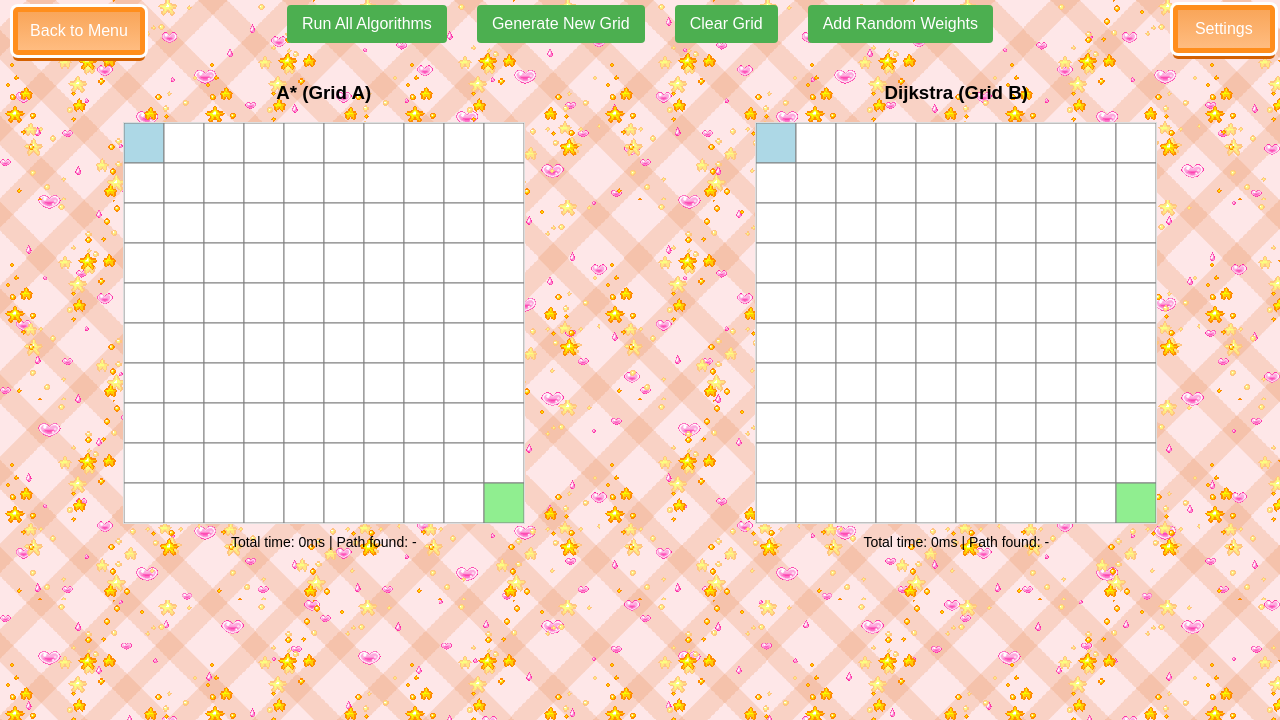
Repository: ramosfranz/Hamster-Crossing
Page: game.html
The author's editor kept a copy of each file at every save. The page is drawn from the files as they stood at one save, then again after the next save.
The browser window is 1280 px wide. The pictures show the whole page.
Some web fonts or font styles are not loaded; a fallback is used.

Above is the page before, as saved 2025-05-04 23:02:22.

### game.html
<!DOCTYPE html>
<html lang="en">
<head>
    <meta charset="UTF-8">
    <meta name="viewport" content="width=device-width, initial-scale=1.0">
    <link rel="preconnect" href="https://fonts.googleapis.com">
    <link rel="preconnect" href="https://fonts.gstatic.com" crossorigin>
    <link href="https://fonts.googleapis.com/css2?family=Jersey+10+Charted&family=Jersey+20&family=Jersey+25+Charted&display=swap" rel="stylesheet">
    <title>Hamster Crossing</title>
    <link rel="icon" type="image/x-icon" href="assets/images/favicon.ico">
    <link rel="stylesheet" href="styles.css">
</head>
<body>
    <div class="header-buttons">
        <a class="pixelButton" id="backButton" href="menu.html">Back to Menu</a>
        <button class="pixelButton" id="settingsButton">Settings</button>
    </div>

    <!-- Settings Popup -->
    <div id="settingsPopup" class="popup">
        <div class="popup-content">
            <span class="close-popup">&times;</span>
            <h3>Settings</h3>

            <div class="setting-item">
                <label for="volumeSlider">Adjust Volume:</label>
                <input type="range" id="volumeSlider" min="0" max="100" value="50">
            </div>

            <div class="setting-item">
                <label for="hamsterDropdown">Change Hamster:</label>
                <select id="hamsterDropdown">
                    <option value="hamster1">Default Hamster</option>
                    <option value="hamster2">Speedy Hamster</option>
                    <option value="hamster3">Colorful Hamster</option>
                </select>
            </div>

            <div class="setting-item">
                <label>Number of Grids: <span class="grid-count-value">2</span></label>
                <div class="grid-count-container">
                    <input type="range" id="gridCount" min="1" max="5" value="2">
                </div>
            </div>

            <div id="gridSettings">
                <!-- Grid settings will be added here dynamically -->
            </div>

            <button id="applySettings">Apply Settings</button>
        </div>
    </div>
    <div id="controls">
        <button id="runButton">Run All Algorithms</button>
        <button id="generateButton">Generate New Grid</button>
        <button id="clearButton">Clear Grid</button>
        <button id="addWeightsButton">Add Random Weights</button>
    </div>

    <button id="stopButton">Stop and Clear Searching</button>

    <div id="grids-container">
        <!-- Grids will be added here dynamically -->
    </div>

    <!--<script src="pathfind.js" type="module"></script>
    <script src="settingsPopUp.js"  type="module"></script>
    <script src="algorithms.js"  type="module"></script> -->
    <script type="module" src="js/app.js"></script>
</body>
</html>

### styles.css
html, body {
    font-family: "Jersey 20", sans-serif;
    margin: 0;
    padding: 0;
    height: 100%;
    scroll-behavior: smooth;
    background-image:url(assets/images/backgrounds/starbg.gif), url(assets/images/backgrounds/heartbg.gif), url(assets/images/backgrounds/bg_hamu.png);
    background-size: auto, auto, 20%;
    background-repeat: auto, auto, space;
    image-rendering: pixelated;
}

.home {
    display: flex;
    flex-direction: column;
    justify-content: center;
    align-items: center;
    height: 100%;
    text-align: center;
}

#logo {
    width: 40%;
    max-height: 100%;
    margin-bottom: 0.5%;
    image-rendering: pixelated;
}

.pixelButton {
    padding: 10px 5%;
    margin-bottom: 3%;
    font-size: 1.5rem;
    color: #fff;
    border: 5px solid #ff8e1c;
    border-radius: 4px;
    background: linear-gradient(to bottom, #f9a65a, #ffbc80);
    box-shadow:
        0 0 0 3px #fff,
        0 6px #d36102;
    cursor: pointer;
    text-align: center;
    font-family: "Jersey 20", sans-serif;
    width: 100%;
    transition: transform 0.1s ease, box-shadow 0.1s ease;
    image-rendering: pixelated;
}

.pixelButton:hover {
    background: linear-gradient(to bottom, #ffa9b8, #ff605f);
    border-color: #ff1a14;
}

.pixelButton:active {
    transform: translateY(4px);
    box-shadow: 0 0 #000;
}


.menu {
    margin-bottom: 20px;
}
button {
    padding: 10px 20px;
    font-size: 16px;
    margin: 5px;
    cursor: pointer;
}

#controls {
    display: flex;
    justify-content: center;
    gap: 20px;
    flex-wrap: wrap;
}
#grids-container {
    display: flex;
    flex-wrap: wrap;
    justify-content: center;
    gap: 20px;
}
.canvas-container {
    display: flex;
    flex-direction: column;
    align-items: center;
    position: relative;
}
.timer {
    margin-top: 10px;
    font-size: 14px;
    text-align: center;
}
#warning {
    color: red;
    font-weight: bold;
    margin: 10px 0;
    text-align: center;
}
#stopButton {
    display: none;
    padding: 10px;
    background-color: red;
    color: white;
    border: none;
    cursor: pointer;
    border-radius: 5px;
    margin: 0 auto;
}
#backButton {
    width: 8%;
    position: fixed;
    left: 1%;
    top: 1%;
    padding: 10px;
    cursor: pointer;
    text-decoration: none;
    font-size: 16px;
    border-radius: 5px;
}

#settingsButton {
    position: fixed;
    width: 8%;
    right: -0%;
    padding: 10px;
    border-radius: 5px;
    cursor: pointer;
    font-size: 16px;
}

button {
    padding: 10px 15px;
    background-color: #4CAF50;
    color: white;
    border: none;
    border-radius: 4px;
    cursor: pointer;
    font-size: 16px;
}
button:hover {
    background-color: #45a049;
}
button:disabled {
    background-color: #cccccc;
    cursor: not-allowed;
}
.weight {
    position: absolute;
    font-size: 10px;
    font-weight: bold;
    color: black;
    pointer-events: none;
}

.header-buttons {
    display: flex;
    justify-content: space-between;
}


.popup {
    display: none;
    position: fixed;
    top: 0;
    left: 0;
    width: 100%;
    height: 100%;
    background-color: rgba(0,0,0,0.5);
    z-index: 1000;
}

.popup-content {
    background-color: white;
    margin: 10% auto;
    padding: 20px;
    width: 50%;
    max-width: 500px;
    border-radius: 8px;
    position: relative;
}

.close-popup {
    position: absolute;
    top: 10px;
    right: 20px;
    font-size: 24px;
    cursor: pointer;
}

.setting-item {
    margin: 15px 0;
}

.setting-item label {
    display: block;
    margin-bottom: 5px;
    font-weight: bold;
}

.setting-item input[type="range"],
.setting-item select,
.setting-item input[type="number"] {
    width: 100%;
    padding: 8px;
    border: 1px solid #ddd;
    border-radius: 4px;
}

#applySettings {
    margin-top: 20px;
    padding: 10px 15px;
    background-color: #4CAF50;
    color: white;
    border: none;
    border-radius: 4px;
    cursor: pointer;
    width: 100%;
}

#applySettings:hover {
    background-color: #45a049;
}

.grid-algorithm-select {
    margin-top: 10px;
}


.popup-content {
    width: 90%;
    max-width: 400px;
    margin: 5% auto;
    padding: 15px;
}

#gridCount {
    width: 100%;
    margin-top: 5px;
}

.grid-count-container {
    display: flex;
    align-items: center;
    gap: 10px;
}

.grid-count-value {
    font-weight: bold;
}

#grids-container {
    display: grid;
    grid-template-columns: repeat(auto-fit, minmax(200px, 1fr));
    gap: 15px;
    padding: 15px;
    width: 100%;
    box-sizing: border-box;
    justify-content: center;
}

/* Grid selection layout */
.grid-selection-row {
    display: flex;
    gap: 15px;
    margin-bottom: 15px;
}

.grid-selection-item {
    flex: 1;
    min-width: 120px;
}

.grid-selection-item.disabled {
    opacity: 0.6;
    pointer-events: none;
}

.grid-selection-item label {
    display: block;
    margin-bottom: 5px;
    color: #333;
}

.grid-selection-item select {
    width: 100%;
    padding: 6px;
    border: 1px solid #ddd;
    border-radius: 4px;
    background: white;
}

.grid-selection-item.disabled select {
    background: #f5f5f5;
}

.canvas-container {
    position: relative;
    width: 100%;
    max-width: 400px;
    margin: 0 auto;
}


.canvas-container canvas {
    width: 100%;
    height: auto;
    aspect-ratio: 1;
    border: 1px solid #ddd;
}

@media (max-width: 600px) {
    #grids-container {
        grid-template-columns: 1fr;
    }

    .popup-content {
        width: 90%;
        margin: 20px auto;
    }
}

@media (min-width: 601px) and (max-width: 1200px) {
    #grids-container {
        grid-template-columns: repeat(auto-fit, minmax(250px, 1fr));
    }
}

/* Modify existing grid count input */
#gridCount[type="range"] {
    -webkit-appearance: none;
    width: 100%;
    height: 8px;
    background: #ddd;
    border-radius: 4px;
}

#gridCount[type="range"]::-webkit-slider-thumb {
    -webkit-appearance: none;
    width: 20px;
    height: 20px;
    background: #4CAF50;
    border-radius: 50%;
    cursor: pointer;
}

### js/app.js
import { initializeGrid } from './gridManager.js';
import { setupEventListeners, renderGrids } from './domManager.js';

export function init() {
    setupEventListeners();
    renderGrids();
    initializeGrid();
}

document.addEventListener('DOMContentLoaded', init);

### js/gridManager.js
import { drawGrid } from './visualizer.js';

export const rows = 10;
export const cols = 10;
export const start = { x: 0, y: 0 };

let grid = [];
let goal = { x: cols - 1, y: rows - 1 };

export function getGrid() { return grid; }
export function getGoal() { return goal; }
export function getStart() { return start; }

export function setGoal(newGoal) {
    // Clear old goal cell
    const oldGoal = goal;
    grid[oldGoal.y][oldGoal.x] = {
        ...grid[oldGoal.y][oldGoal.x],
        wall: false,
        weight: 1
    };

    // Set new goal
    goal = newGoal;

    // Update new goal cell
    grid[newGoal.y][newGoal.x] = {
        ...grid[newGoal.y][newGoal.x],
        wall: false,
        weight: 1
    };
}


export function initializeGrid() {
    grid = [];
    for (let y = 0; y < rows; y++) {
        const row = [];
        for (let x = 0; x < cols; x++) {
            row.push({ wall: false, weight: 1, x, y });
        }
        grid.push(row);
    }
    resetSpecialCells();
    drawGrid();
}

function resetSpecialCells() {
    grid[start.y][start.x] = { ...grid[start.y][start.x], wall: false, weight: 1 };
    grid[goal.y][goal.x] = { ...grid[goal.y][goal.x], wall: false, weight: 1 };
}

export function generateRandomGrid() {
    grid = [];
    for (let y = 0; y < rows; y++) {
        const row = [];
        for (let x = 0; x < cols; x++) {
            row.push({ wall: Math.random() < 0.2, weight: 1, x, y });
        }
        grid.push(row);
    }
    placeRandomGoal();
    resetSpecialCells();
    drawGrid();
}

function placeRandomGoal() {
    let goalPlaced = false;
    while (!goalPlaced) {
        const randomX = Math.floor(Math.random() * cols);
        const randomY = Math.floor(Math.random() * rows);
        if ((randomX !== start.x || randomY !== start.y) && !grid[randomY][randomX].wall) {
            goal = { x: randomX, y: randomY };
            goalPlaced = true;
        }
    }
}

export function addRandomWeights() {
    for (let y = 0; y < rows; y++) {
        for (let x = 0; x < cols; x++) {
            if ((x === start.x && y === start.y) || (x === goal.x && y === goal.y) || grid[y][x].wall) continue;
            grid[y][x].weight = Math.floor(Math.random() * 5) + 1;
        }
    }
    drawGrid();
}

### js/visualizer.js
import { rows, cols, getGrid, getGoal, start } from './gridManager.js';
import { sleep } from './utils.js';

export const canvases = {};
export const ctx = {};


export function registerCanvas(gridId, canvas) {
    canvases[gridId] = canvas;
    ctx[gridId] = canvas.getContext('2d');
}

export function drawGrid() {
    const grid = getGrid();
    const goal = getGoal();

    for (const algorithmId in ctx) {
        const currentCtx = ctx[algorithmId];
        const canvas = canvases[algorithmId];
        const cellSize = canvas.width / cols;

        currentCtx.clearRect(0, 0, canvas.width, canvas.height);

        for (const row of grid) {
            for (const cell of row) {
                if (cell.wall) {
                    currentCtx.fillStyle = "darkgray";
                } else if (cell.x === start.x && cell.y === start.y) {
                    currentCtx.fillStyle = "lightblue";
                } else if (cell.x === goal.x && cell.y === goal.y) {
                    currentCtx.fillStyle = "lightgreen";
                } else {
                    const intensity = 255 - (cell.weight - 1) * 40;
                    currentCtx.fillStyle = `rgb(${intensity}, ${intensity}, ${intensity})`;
                }

                currentCtx.fillRect(cell.x * cellSize, cell.y * cellSize, cellSize, cellSize);
                currentCtx.strokeStyle = "gray";
                currentCtx.strokeRect(cell.x * cellSize, cell.y * cellSize, cellSize, cellSize);

                if (!cell.wall && cell.weight > 1) {
                    currentCtx.fillStyle = "black";
                    currentCtx.font = "12px Arial";
                    currentCtx.textAlign = "center";
                    currentCtx.textBaseline = "middle";
                    currentCtx.fillText(
                        cell.weight.toString(),
                        cell.x * cellSize + cellSize / 2,
                        cell.y * cellSize + cellSize / 2
                    );
                }
            }
        }
    }
}

export async function drawPathWithHead(ctx, cameFrom, current, lineColor, headColor) {
    const path = [];
    const canvas = ctx.canvas;
    const cellSize = canvas.width / cols;
    while (cameFrom[`${current.x},${current.y}`]) {
        path.push(current);
        current = cameFrom[`${current.x},${current.y}`];
    }
    path.reverse();

    for (let i = 0; i < path.length; i++) {
        const cell = path[i];

        if (i > 0) {
            ctx.fillStyle = lineColor;
            const prevCell = path[i - 1];
            ctx.fillRect(prevCell.x * cellSize, prevCell.y * cellSize, cellSize, cellSize);
        }

        ctx.fillStyle = lineColor;
        ctx.fillRect(cell.x * cellSize, cell.y * cellSize, cellSize, cellSize);

        ctx.beginPath();
        ctx.arc(
            cell.x * cellSize + cellSize / 2,
            cell.y * cellSize + cellSize / 2,
            cellSize / 2.5,
            0,
            2 * Math.PI
        );
        ctx.fillStyle = headColor;
        ctx.fill();

        await sleep(200);
    }
}

### js/stateManager.js
export const settings = {
    volume: 50,
    hamster: 'hamster1',
    gridCount: 2,
    gridAlgorithms: ['aStar', 'dijkstra']
};

export let searchInProgress = false;
export const timers = {};

export function setSearchInProgress(value) {
    searchInProgress = value;
}

export function resetTimers() {
    for (const key in timers) {
        timers[key].textContent = "Total time: 0ms | Path found: -";
    }
}

### js/algorithms/aStar.js
import { heuristic, getNeighbors, sleep } from '../utils.js';
import { getGrid, rows, cols, start, getGoal } from '../gridManager.js';
import { drawPathWithHead } from '../visualizer.js';

export async function animateAStar(ctx, timerElement) {
    const grid = getGrid();
    const goal = getGoal();
    const canvas = ctx.canvas;
    const cellSize = canvas.width / cols;
    const neighbors = getNeighbors(grid, cols, rows);
    const waitSecondsSearch = 100;

    const openSet = [start];
    const cameFrom = {};
    const gScore = Array(rows).fill().map(() => Array(cols).fill(Infinity));
    gScore[start.y][start.x] = 0;
    const fScore = Array(rows).fill().map(() => Array(cols).fill(Infinity));
    fScore[start.y][start.x] = heuristic(start, goal);

    const startTime = performance.now();
    let pathFoundTime = null;

    while (openSet.length > 0) {
        openSet.sort((a, b) => fScore[a.y][a.x] - fScore[b.y][b.x]);
        const current = openSet.shift();

        if (current.x === goal.x && current.y === goal.y) {
            pathFoundTime = performance.now() - startTime;
            timerElement.textContent = `Total time: ${Math.round(performance.now() - startTime)}ms | Path found: Yes`;
            await drawPathWithHead(ctx, cameFrom, current, "yellow", "orange");
            return;
        }

        ctx.fillStyle = "rgba(255, 255, 128, 0.5)";
        ctx.fillRect(current.x * cellSize, current.y * cellSize, cellSize, cellSize);
        await sleep(waitSecondsSearch);

        for (const neighbor of neighbors(current)) {
            const tentativeGScore = gScore[current.y][current.x] + grid[neighbor.y][neighbor.x].weight;
            if (tentativeGScore < gScore[neighbor.y][neighbor.x]) {
                cameFrom[`${neighbor.x},${neighbor.y}`] = current;
                gScore[neighbor.y][neighbor.x] = tentativeGScore;
                fScore[neighbor.y][neighbor.x] = tentativeGScore + heuristic(neighbor, goal);

                if (!openSet.some(n => n.x === neighbor.x && n.y === neighbor.y)) {
                    openSet.push(neighbor);
                }
            }
        }

        timerElement.textContent = `Total time: ${Math.round(performance.now() - startTime)}ms | Path found: ${
            pathFoundTime ? Math.round(pathFoundTime) + "ms" : "searching..."
        }`;
    }

    timerElement.textContent = `Total time: ${Math.round(performance.now() - startTime)}ms | Path found: No path`;
}

### js/algorithms/dijkstra.js
import { getNeighbors, sleep } from '../utils.js';
import { getGrid, rows, cols, start, getGoal } from '../gridManager.js';
import { drawPathWithHead } from '../visualizer.js';

export async function animateDijkstra(ctx, timerElement) {
    const grid = getGrid();
    const goal = getGoal();
    const canvas = ctx.canvas;
    const cellSize = canvas.width / cols;
    const neighbors = getNeighbors(grid, cols, rows);
    const waitSecondsSearch = 100;

    const openSet = [start];
    const cameFrom = {};
    const dist = Array(rows).fill().map(() => Array(cols).fill(Infinity));
    dist[start.y][start.x] = 0;

    const startTime = performance.now();
    let pathFoundTime = null;

    while (openSet.length > 0) {
        openSet.sort((a, b) => dist[a.y][a.x] - dist[b.y][b.x]);
        const current = openSet.shift();

        if (current.x === goal.x && current.y === goal.y) {
            pathFoundTime = performance.now() - startTime;
            timerElement.textContent = `Total time: ${Math.round(performance.now() - startTime)}ms | Path found: Yes`;
            await drawPathWithHead(ctx, cameFrom, current, "orange", "red");
            return;
        }

        ctx.fillStyle = "rgba(240, 128, 128, 0.5)";
        ctx.fillRect(current.x * cellSize, current.y * cellSize, cellSize, cellSize);
        await sleep(waitSecondsSearch);

        for (const neighbor of neighbors(current)) {
            const newDist = dist[current.y][current.x] + grid[neighbor.y][neighbor.x].weight;
            if (newDist < dist[neighbor.y][neighbor.x]) {
                cameFrom[`${neighbor.x},${neighbor.y}`] = current;
                dist[neighbor.y][neighbor.x] = newDist;

                if (!openSet.some(n => n.x === neighbor.x && n.y === neighbor.y)) {
                    openSet.push(neighbor);
                }
            }
        }

        timerElement.textContent = `Total time: ${Math.round(performance.now() - startTime)}ms | Path found: ${
            pathFoundTime ? Math.round(pathFoundTime) + "ms" : "searching..."
        }`;
    }

    timerElement.textContent = `Total time: ${Math.round(performance.now() - startTime)}ms | Path found: No path`;
}

### js/algorithms/bfs.js
import { getNeighbors, sleep } from '../utils.js';
import { getGrid, rows, cols, start, getGoal } from '../gridManager.js';
import { drawPathWithHead } from '../visualizer.js';

export async function animateBFS(ctx, timerElement) {
    const grid = getGrid();
    const goal = getGoal();
    const canvas = ctx.canvas;
    const cellSize = canvas.width / cols;
    const neighbors = getNeighbors(grid, cols, rows);
    const waitSecondsSearch = 100;

    const queue = [start];
    const cameFrom = {};
    const visited = Array(rows).fill().map(() => Array(cols).fill(false));
    visited[start.y][start.x] = true;

    const startTime = performance.now();
    let pathFoundTime = null;

    while (queue.length > 0) {
        const current = queue.shift();

        if (current.x === goal.x && current.y === goal.y) {
            pathFoundTime = performance.now() - startTime;
            timerElement.textContent = `Total time: ${Math.round(performance.now() - startTime)}ms | Path found: Yes`;
            await drawPathWithHead(ctx, cameFrom, current, "lightblue", "blue");
            return;
        }

        ctx.fillStyle = "rgba(173, 216, 230, 0.5)";
        ctx.fillRect(current.x * cellSize, current.y * cellSize, cellSize, cellSize);
        await sleep(waitSecondsSearch);

        for (const neighbor of neighbors(current)) {
            if (!visited[neighbor.y][neighbor.x]) {
                visited[neighbor.y][neighbor.x] = true;
                cameFrom[`${neighbor.x},${neighbor.y}`] = current;
                queue.push(neighbor);
            }
        }

        timerElement.textContent = `Total time: ${Math.round(performance.now() - startTime)}ms | Path found: ${
            pathFoundTime ? Math.round(pathFoundTime) + "ms" : "searching..."
        }`;
    }

    timerElement.textContent = `Total time: ${Math.round(performance.now() - startTime)}ms | Path found: No path`;
}

### js/algorithms/dfs.js
import { getNeighbors, sleep } from '../utils.js';
import { getGrid, rows, cols, start, getGoal } from '../gridManager.js';
import { drawPathWithHead } from '../visualizer.js';

export async function animateDFS(ctx, timerElement) {
    const grid = getGrid();
    const goal = getGoal();
    const canvas = ctx.canvas;
    const cellSize = canvas.width / cols;
    const neighbors = getNeighbors(grid, cols, rows);
    const waitSecondsSearch = 100;

    const stack = [start];
    const cameFrom = {};
    const visited = Array(rows).fill().map(() => Array(cols).fill(false));
    visited[start.y][start.x] = true;

    const startTime = performance.now();
    let pathFoundTime = null;

    while (stack.length > 0) {
        const current = stack.pop();

        if (current.x === goal.x && current.y === goal.y) {
            pathFoundTime = performance.now() - startTime;
            timerElement.textContent = `Total time: ${Math.round(performance.now() - startTime)}ms | Path found: Yes`;
            await drawPathWithHead(ctx, cameFrom, current, "red", "purple");
            return;
        }

        ctx.fillStyle = "rgba(255, 0, 0, 0.5)";
        ctx.fillRect(current.x * cellSize, current.y * cellSize, cellSize, cellSize);
        await sleep(waitSecondsSearch);

        for (const neighbor of neighbors(current)) {
            if (!visited[neighbor.y][neighbor.x]) {
                visited[neighbor.y][neighbor.x] = true;
                cameFrom[`${neighbor.x},${neighbor.y}`] = current;
                stack.push(neighbor);
            }
        }

        timerElement.textContent = `Total time: ${Math.round(performance.now() - startTime)}ms | Path found: ${
            pathFoundTime ? Math.round(pathFoundTime) + "ms" : "searching..."
        }`;
    }

    timerElement.textContent = `Total time: ${Math.round(performance.now() - startTime)}ms | Path found: No path`;
}

### js/utils.js
export const sleep = (ms) => new Promise(resolve => setTimeout(resolve, ms));

export const heuristic = (a, b) => Math.abs(a.x - b.x) + Math.abs(a.y - b.y);

export const getNeighbors = (grid, cols, rows) => ({ x, y }) => {
    const neighbors = [];
    if (x > 0 && !grid[y][x - 1].wall) neighbors.push(grid[y][x - 1]);
    if (x < cols - 1 && !grid[y][x + 1].wall) neighbors.push(grid[y][x + 1]);
    if (y > 0 && !grid[y - 1][x].wall) neighbors.push(grid[y - 1][x]);
    if (y < rows - 1 && !grid[y + 1][x].wall) neighbors.push(grid[y + 1][x]);
    return neighbors;
};

Loaded but not shown: js/domManager.js (305 lines, source omitted); js/algorithms/bellmanFord.js (82 lines, source omitted)

After the next save:
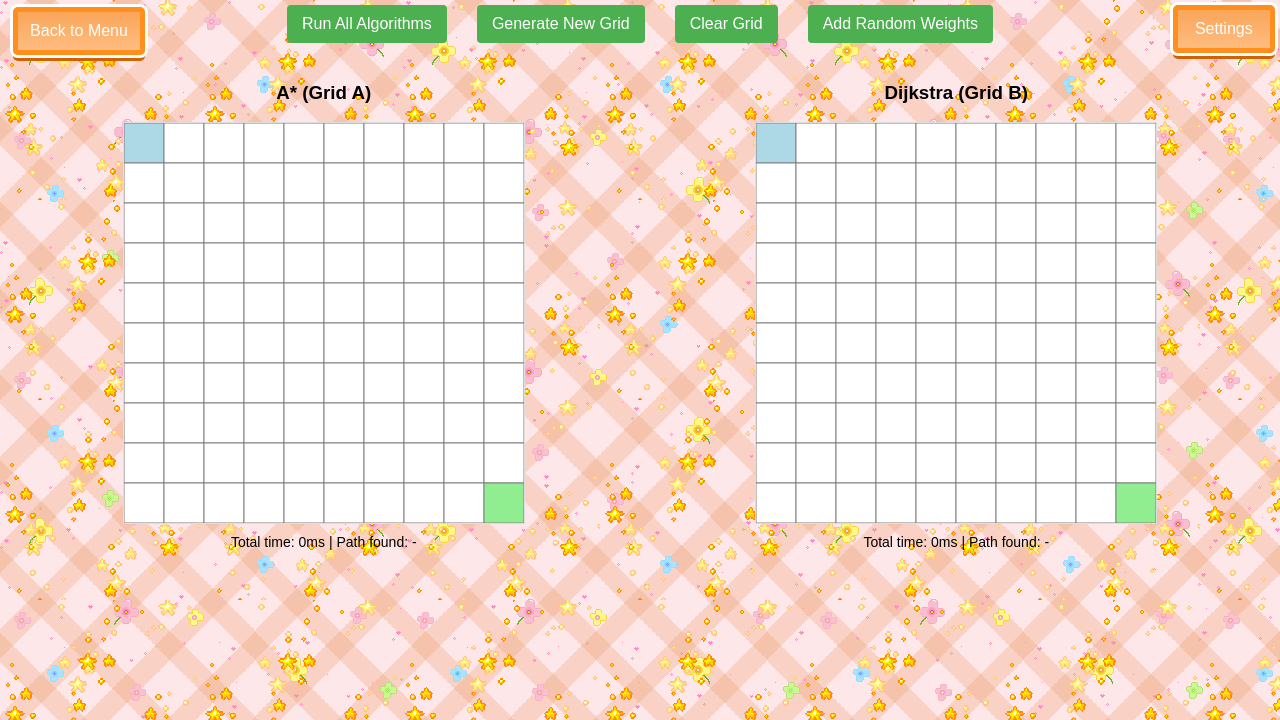
Saved 23 s later.
--- a/styles.css
+++ b/styles.css
@@ -4,7 +4,7 @@ html, body {
     padding: 0;
     height: 100%;
     scroll-behavior: smooth;
-    background-image:url(assets/images/backgrounds/starbg.gif), url(assets/images/backgrounds/heartbg.gif), url(assets/images/backgrounds/bg_hamu.png);
+    background-image:url(assets/images/backgrounds/starbg.gif), url(assets/images/backgrounds/bg_tryA.gif), url(assets/images/backgrounds/bg_hamu.png);
     background-size: auto, auto, 20%;
     background-repeat: auto, auto, space;
     image-rendering: pixelated;
